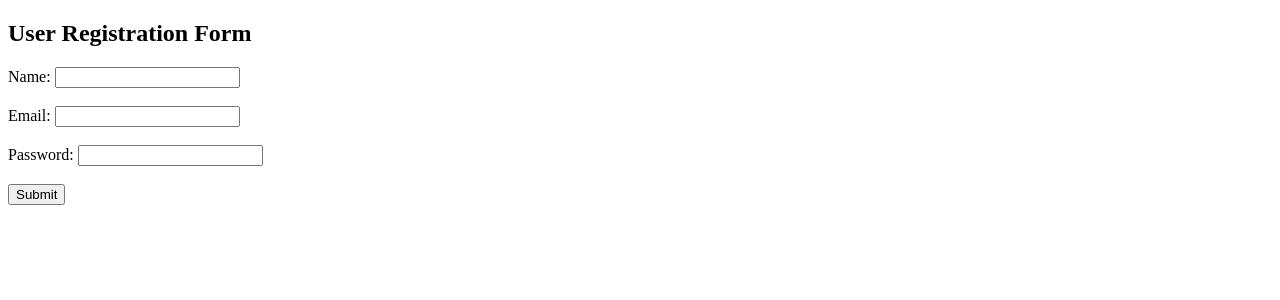
Repository: LOGANATHANTECH/single-window-approval-system
Page: singlewindow/singlewindow/src/main/webapp/testligin.html
These files come from the project's save history. The page is drawn as it stood at one moment and after the next save; the edit follows.
The browser window is 1280 px wide. The pictures show the whole page.

Above is the page before, as saved 2025-03-16 11:16:05.

### singlewindow/singlewindow/src/main/webapp/testligin.html
<!DOCTYPE html>
<html lang="en">
<head>
    <meta charset="UTF-8">
    <meta name="viewport" content="width=device-width, initial-scale=1.0">
    <title>User Registration</title>
</head>
<body>

    <h2>User Registration Form</h2>

    <form id="userForm">
        <label for="name">Name:</label>
        <input type="text" id="name" name="name" required><br><br>

        <label for="email">Email:</label>
        <input type="email" id="email" name="email" required><br><br>

        <label for="password">Password:</label>
        <input type="password" id="password" name="password" required><br><br>

        <button type="submit">Submit</button>
    </form>

    <script>
        document.getElementById("userForm").addEventListener("submit", function(event) {
            event.preventDefault(); // Prevent form from reloading the page

            // Get form values
            const name = document.getElementById("name").value;
            const email = document.getElementById("email").value;
            const password = document.getElementById("password").value;

            // Create a JSON object
            const userData = {
                name: name,
                email: email,
                password: password
            };

            // Send data to the API
            fetch("http://localhost:8080/user", {
                method: "POST",
                headers: {
                    "Content-Type": "application/json"
                },
                body: JSON.stringify(userData)
            })
            .then(response => response.json())
            .then(data => {
                alert("User registered successfully!");
                console.log("Success:", data);
            })
            .catch(error => {
                alert("Error registering user.");
                console.error("Error:", error);
            });
        });
    </script>

</body>
</html>

After the next save:
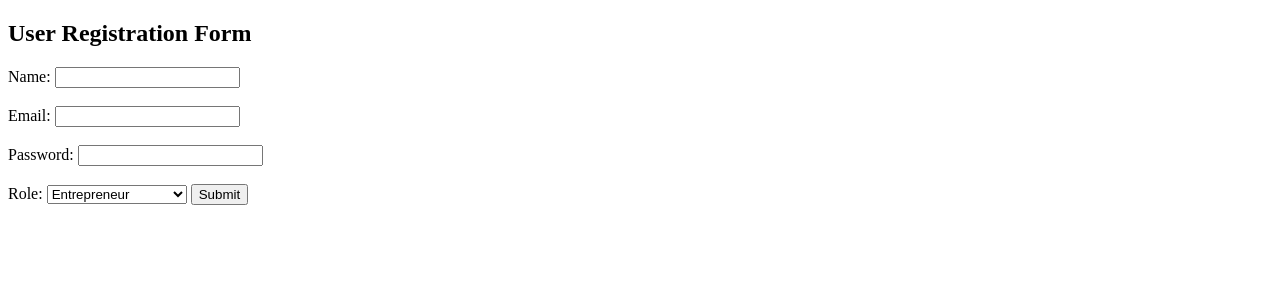
Saved 2 min 26 s later.
--- a/singlewindow/singlewindow/src/main/webapp/testligin.html
+++ b/singlewindow/singlewindow/src/main/webapp/testligin.html
@@ -18,6 +18,13 @@
 
         <label for="password">Password:</label>
         <input type="password" id="password" name="password" required><br><br>
+
+		<label for="role">Role:</label>
+        <select id="role" name="role" required>
+            <option value="ENTREPRENEUR">Entrepreneur</option>
+            <option value="GOVERNMENT_OFFICIAL">Government Official</option>
+            <option value="ADMIN">Admin</option>
+        </select>
 
         <button type="submit">Submit</button>
     </form>
